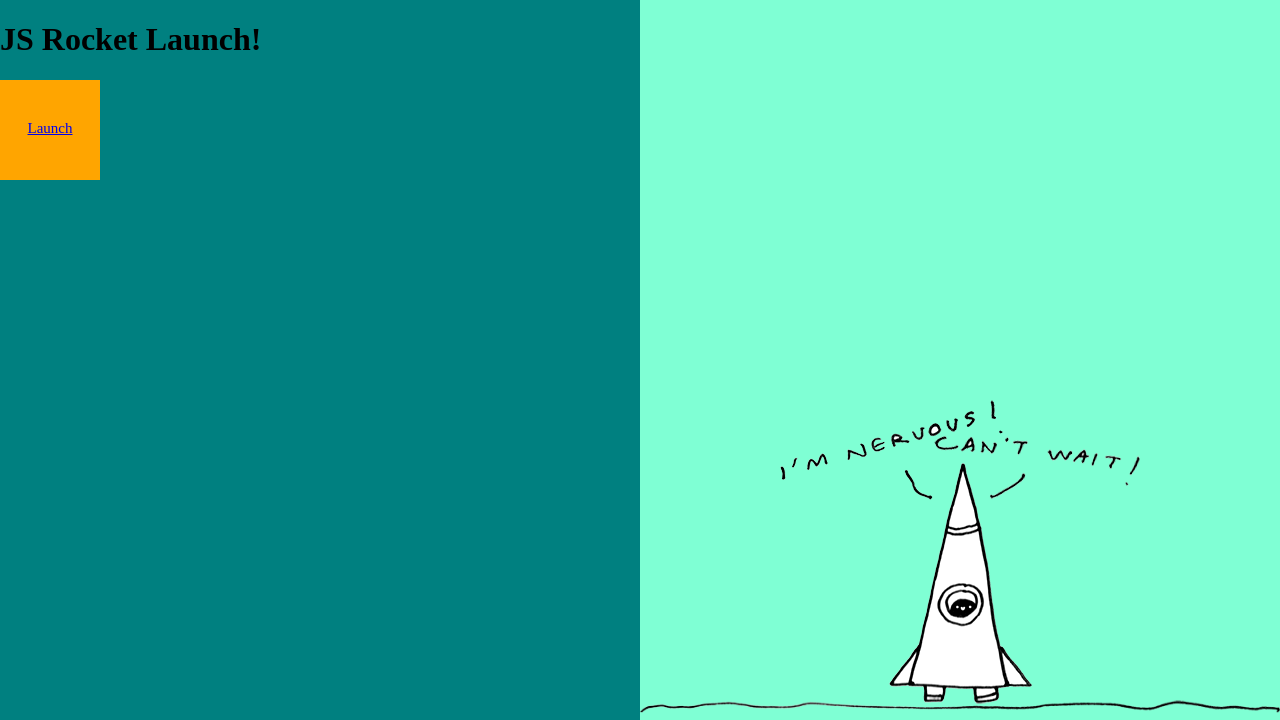
Repository: alcarrizo/Rocket-launch
Page: index.html
An editor plug-in stored every save of this project. The page is shown before and after the next save, followed by the edit.
The browser window is 1280 px wide. The pictures show the whole page.

Above is the page before, as saved 2022-10-20 21:27:26.

After the next save:
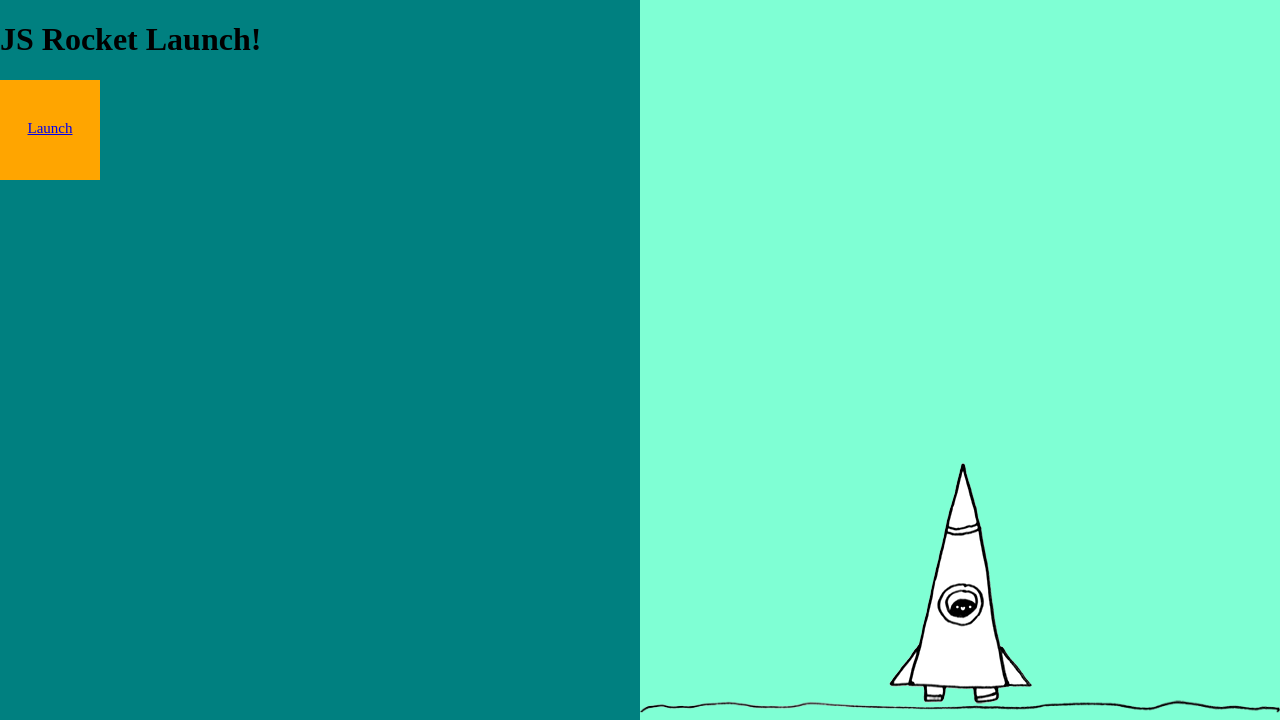
Saved 22 s later.
--- a/css/style.css
+++ b/css/style.css
@@ -79,6 +79,7 @@ body {
     background-size: 100%;
     width: 223px;
     height: 100px;
+    transition: ease-in 5s;
 }
 
 .cant-wait {
@@ -90,6 +91,7 @@ body {
     background-size: 100%;
     width: 206px;
     height: 65px;
+    transition: display 1s;
 }
 
 a {}
@@ -110,7 +112,9 @@ a.button {
 .state2,
 .state3,
 .state4,
-.state5 {
+.state5,
+.cant-wait,
+.nervous {
     display: none;
 }
 
